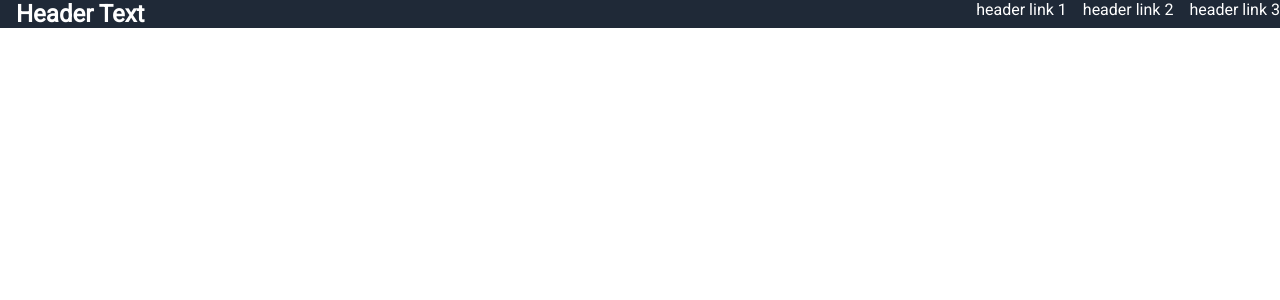
Repository: aaronestre/odin-landingpage
Page: index.html
An editor plug-in stored every save of this project. The page is shown before and after the next save, followed by the edit.
The browser window is 1280 px wide. The pictures show the whole page.

Above is the page before, as saved 2025-02-12 19:50:18.

### index.html
<!DOCTYPE html>
<html lang="en">
    <head>
        <meta charset="UTF-8" />
        <meta http-equiv="X-UA-Compatible" content="IE=edge" />
        <meta name="viewport" content="width=device-width, initial-scale=1.0" />
        <link rel="stylesheet" href="index.css" />
        <link
            href="http://fonts.googleapis.com/css?family=Roboto"
            rel="stylesheet"
            type="text/css"
        />
        <style>
            body {
                font-family: "Roboto", sans-serif;
            }
        </style>
        <title>Odin Landing Page</title>
    </head>
    <body>
        <div class="header">
            <h1>Header Text</h1>
            <div class="header-right">
                <p>header link 1</p>
                <p>header link 2</p>
                <p>header link 3</p>
            </div>
        </div>
    </body>
</html>

### index.css
* {
    margin: 0;
    padding: 0;
    box-sizing: border-box;
}

.header {
    background-color: #1f2937;
    margin: 0px;
    width: 100%;
    color: white;
    font-family: Roboto;
    display: flex;
    justify-content: space-between;
}

.header h1 {
    margin-left: 16px;
    font-size: 24px;
}

.header-right {
    display: flex;
    justify-content: flex-end;
    gap: 16px;
}

After the next save:
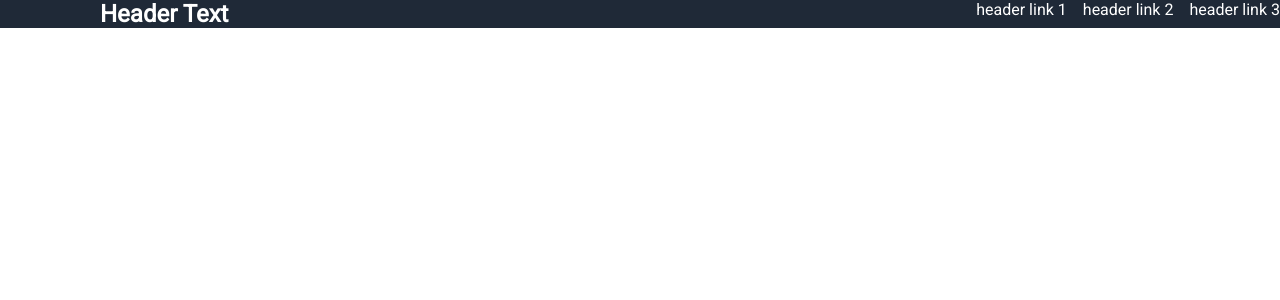
Saved 6 s later.
--- a/index.css
+++ b/index.css
@@ -15,7 +15,7 @@
 }
 
 .header h1 {
-    margin-left: 16px;
+    margin-left: 100px;
     font-size: 24px;
 }
 
